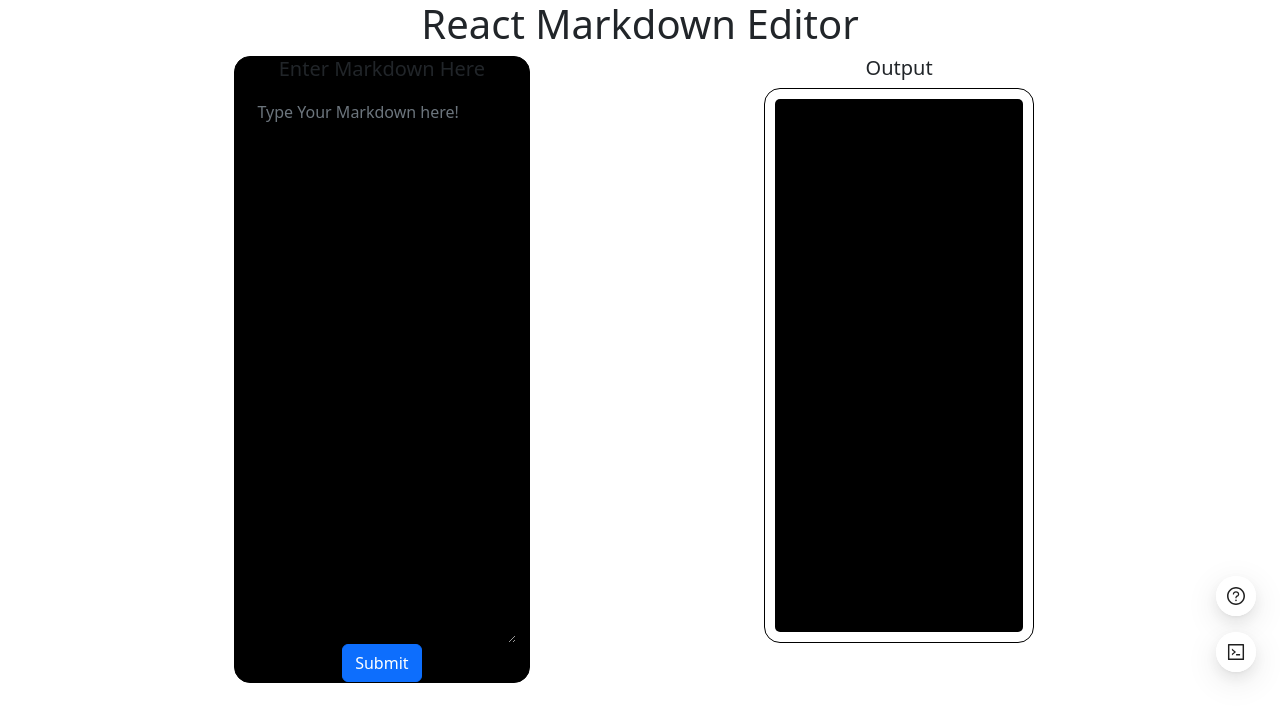
Repository: devkthines/md-editor
Page: /
The author's editor kept a copy of each file at every save. The page is drawn from the files as they stood at one save, then again after the next save.
The browser window is 1280 px wide. The pictures show the whole page.
The project was rebuilt for these pictures with package versions that can differ from the ones it lists, and the page was loaded fresh each time. Also part of the build but not shown: src/pages/preview.js, src/components/navbar.js, src/pages/home.js.

Above is the page before, as saved 2023-12-06 22:01:17.

### src/App.js
import Preview from './pages/preview';
import Editor from './pages/editor';
import NavBar from './components/navbar';
import { BrowserRouter, Routes, Route } from "react-router-dom";
import About from './pages/home';
import 'bootstrap/dist/css/bootstrap.min.css';
import './styles/style.css'
function App() {
  return (
    <BrowserRouter>
    {/* <NavBar/> */}
      <Routes>
    {/* <Route path='/edit' element={<Editor/>}/> */}
    <Route index  element={<Editor/>}/>
    {/* <Route path='/about' element={<About/>}/> */}

      </Routes>
    </BrowserRouter>

  );
}

export default App;

### src/pages/editor.js
import { useState, useEffect } from 'react';
import { marked } from 'marked';
import Button from 'react-bootstrap/Button';
import Form from 'react-bootstrap/Form';
import Row from 'react-bootstrap/Row';
import Col from 'react-bootstrap/Col';
import { QuestionCircleOutlined, CodeOutlined } from '@ant-design/icons';
import { FloatButton,Modal  } from 'antd';

const App = () => {
    const [md, setMd] = useState(
        //     {
        //     h1text: '# This is H1 Text',
        //     h2text: '## This is H1 Text',
        //     linkEx: '[Link Example](https://www.markdownguide.org/basic-syntax/#links)',
        //     inlineEx: 'this is an inline code `example`',
        //     codeBlock: '    <html>    <head>    </head>    </html>',
        //     listItem: '1. First item',
        //     listItem2: '2. Second item',
        //     listItem3: '3. Third item',
        //     listItem4: '4. Fourth item',
        //     blockQuote: '> Dorothy followed her through many of the beautiful rooms in her castle.',
        //     imgPrev: '![The San Juan Mountains are beautiful!](/assets/images/san-juan-mountains.jpg "San Juan Mountains")',
        //     boldText: 'I just love **bold text**.',
        // },

        [
            '# This is H1 Text',
            '## This is H2 Text',
            '[Link Example](https://www.markdownguide.org/basic-syntax/#links)',
             'this is an inline code `example`',
            '    <html>    <head>    </head>    </html>',
            '1. First item',
           '2. Second item',
            '3. Third item',
             '4. Fourth item',
        '> Dorothy followed her through many of the beautiful rooms in her castle.',
          '![The San Juan Mountains are beautiful!](/assets/images/san-juan-mountains.jpg "San Juan Mountains")',
           'I just love **bold text**.',
        ]
        )
    const [isModalOpen, setIsModalOpen] = useState(false);
    const showModal = () => {
      setIsModalOpen(true);
    };
    const handleOk = () => {
      setIsModalOpen(false);
    };
    const handleCancel = () => {
      setIsModalOpen(false);
    };

    // Modal Two Example
    const [isModalTwoOpen, setIsModalTwoOpen] = useState(false);
    const showModalTwo = () => {
      setIsModalTwoOpen(true);
    };
    const handleOkTwo = () => {
      setIsModalTwoOpen(false);
    };
    const handleCancelTwo = () => {
      setIsModalTwoOpen(false);
    };
return ( <>
    <FloatButton.Group
      shape="circle"
      style={{
        right: 24,
      }}
    >
      <FloatButton icon={<QuestionCircleOutlined />} onClick={showModal}/>

      <FloatButton icon={<CodeOutlined />} onClick={showModalTwo}/>
    </FloatButton.Group>
    <Modal title="Markdown Editor/Previewer FAQs" open={isModalOpen} onOk={handleOk} onCancel={handleCancel}>
    <>
            <article>
                <section>
                    <header>
                        <h1>What even is Markdown</h1>
                    </header>
                    <p>Lorem ipsum dolor sit amet, consectetur adipisicing elit.
                         Non sequi ad enim deleniti accusamus facere itaque commodi autem odit repudiandae.
                          Sunt doloremque, quaerat ut iste et quia laboriosam ab possimus rerum modi?
                        Adipisci consequuntur quidem quas quod aperiam porro odio. Necessitatibus v
                        elit exercitationem, dolore labore nesciunt perferendis quod minima et?</p>
                     <p>for the full breakdown on all things markdown, follow this link: <span><a href="https://www.markdownguide.org/">markdownguide.org</a></span> </p>
                </section>
                <section>
                    <header>
                        <h1>What is Markdown Used for?</h1>
                    </header>
                    <p>Lorem ipsum dolor sit amet, consectetur adipisicing elit.
                         Non sequi ad enim deleniti accusamus facere itaque commodi autem odit repudiandae.
                          Sunt doloremque, quaerat ut iste et quia laboriosam ab possimus rerum modi?
                        Adipisci consequuntur quidem quas quod aperiam porro odio. Necessitatibus v
                        elit exercitationem, dolore labore nesciunt perferendis quod minima et?</p>
                </section>
                <section>
                    <header>
                        <h1>What does this App do?</h1>
                    </header>
                    <p>Lorem ipsum dolor sit amet, consectetur adipisicing elit.
                         Non sequi ad enim deleniti accusamus facere itaque commodi autem odit repudiandae.
                          Sunt doloremque, quaerat ut iste et quia laboriosam ab possimus rerum modi?
                        Adipisci consequuntur quidem quas quod aperiam porro odio. Necessitatibus v
                        elit exercitationem, dolore labore nesciunt perferendis quod minima et?</p>
                </section>

            </article>
        </>
    </Modal>
    <Modal title="Markdown Preview Examples" open={isModalTwoOpen} onOk={handleOkTwo} onCancel={handleCancelTwo}>
    <div>
            <div id='preview' >
                <span dangerouslySetInnerHTML={{ __html: marked.parse(md.join('\r')) }}></span>

            </div>
        </div>
      </Modal>
    </>
)};


export default function Editor() {
    const [edit, SetEdit] = useState('');
    const [preview, setPreview] = useState('');
    const seePreview = (e) => {
        e.preventDefault();
        console.log(edit);
        setPreview(edit);
        SetEdit('');

    }

    return (<>
    <div className='text-center'>
        <h1>React Markdown Editor</h1>
        <div className='d-flex justify-content-evenly'>
            <App/>
            <Form>
                <Row>
                    <Form.Group as={Col} id='edBox' className="mb-3" controlId="formBasicPassword">
                    <h5>Enter Markdown Here</h5>
                    <Form.Control value={edit} onChange={(e) => {
                        setPreview('');
                        SetEdit(e.target.value);

                    }} name="edit" id="editor" as='textarea' placeholder="Type Your Markdown here!" rows={3} />
                    <Button as={Col} disabled={!edit} onClick={seePreview} variant="primary" type="submit">
                    Submit
                </Button>
                </Form.Group>

                </Row>
            </Form>
            <Row>
            <Col>
                <h5>Output</h5>
                <div id="mdEdView" dangerouslySetInnerHTML={{ __html: marked.parse(preview) }}></div>
            </Col>
            </Row>
       </div>
       </div>
       </>
    )
}

### src/styles/style.css
* {
    margin: 0;
    padding: 0;
    box-sizing: border-box;
}

#editor, #mdEdView {
    width: 270.71999999999997px;
    height: 554.88px;
    background-color: black;
    background-clip: content-box;
    padding: 10px;
    border: 1px solid black;
    border-radius: 1rem;
    color: white;
}
#edBox{
    background-color: black;
    border: 1px solid black;
    border-radius: 1rem;
}

Loaded but not shown: public/index.html (common file); src/index.js (common file); src/index.css (common file); src/reportWebVitals.js (common file)

After the next save:
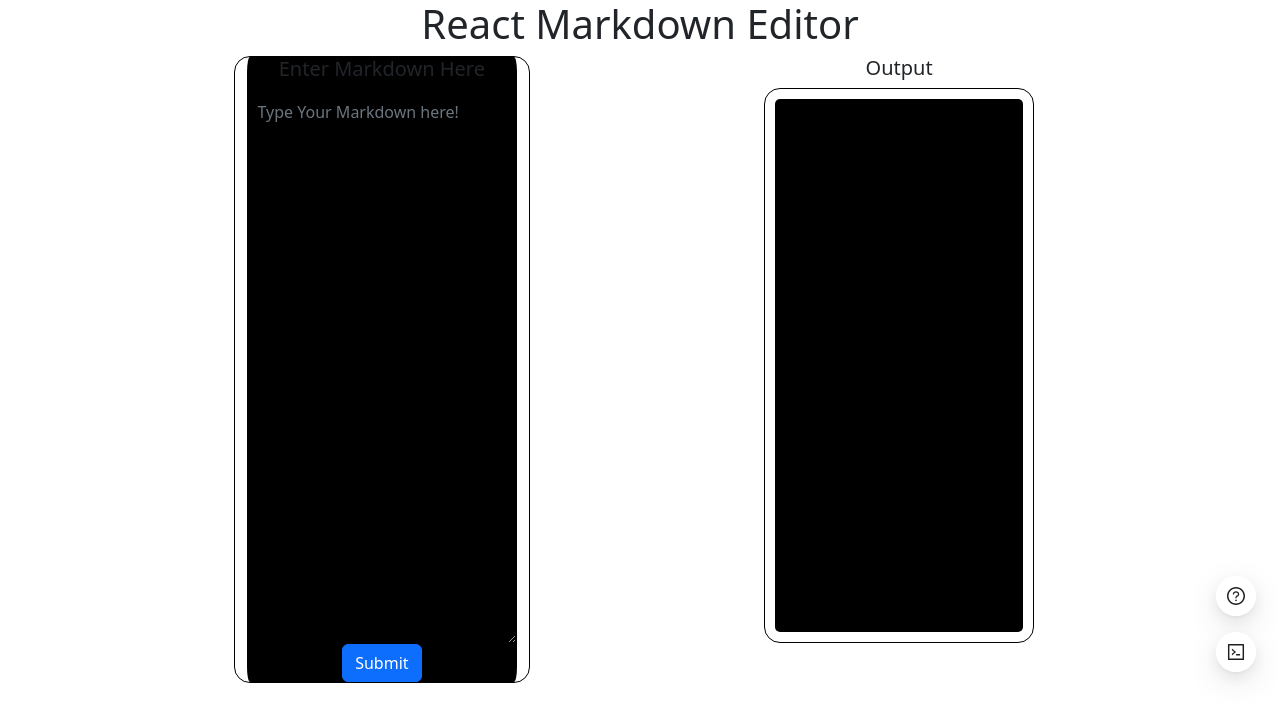
Saved 51 s later.
--- a/src/styles/style.css
+++ b/src/styles/style.css
@@ -15,6 +15,7 @@
     color: white;
 }
 #edBox{
+    background-clip: content-box;
     background-color: black;
     border: 1px solid black;
     border-radius: 1rem;
